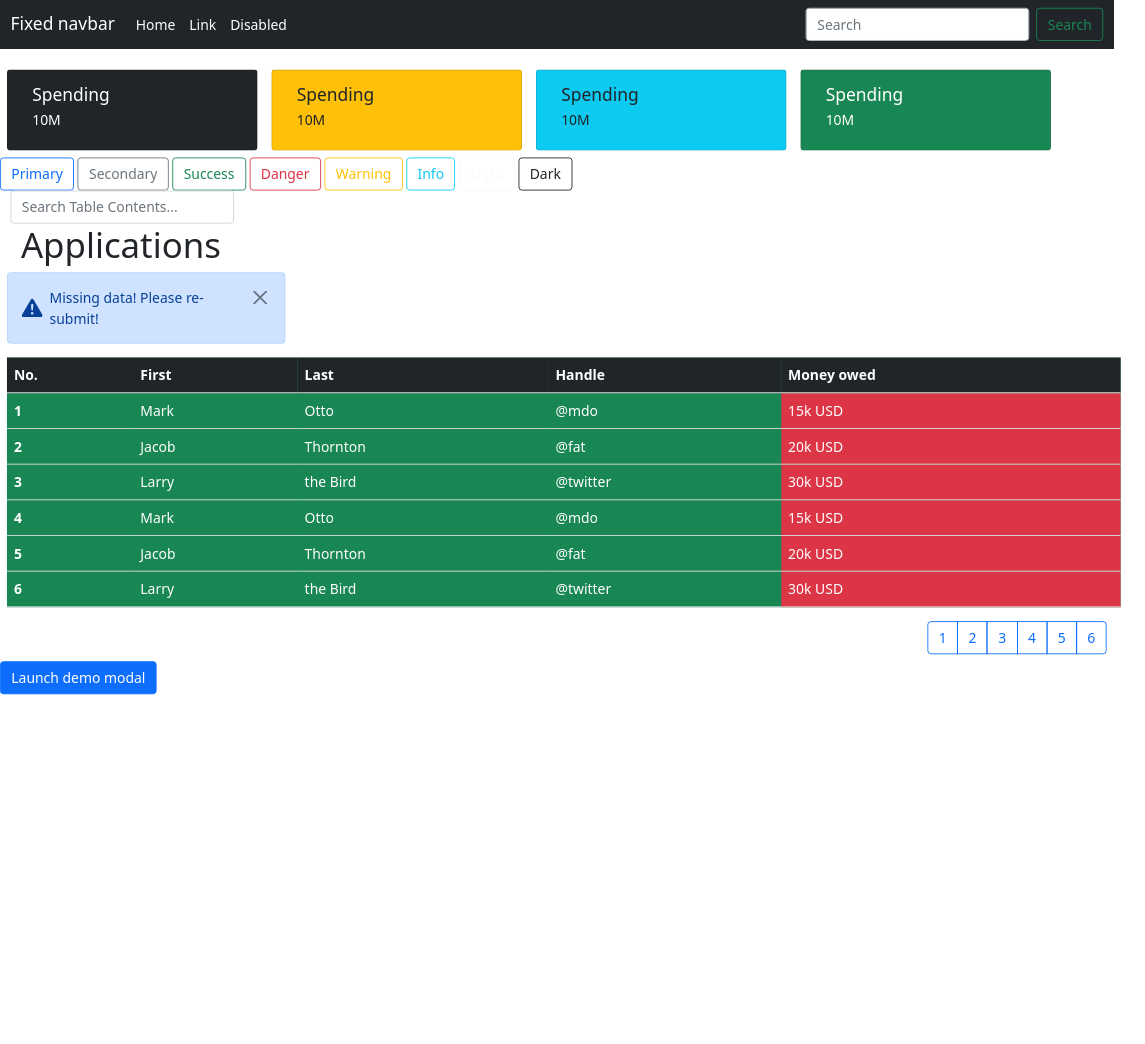
Repository: Dayvid0/BOOTSTRAP-TUTORIALS
Page: BOOTSTRAP-GRID-LAYOUTS/zylo.html
The author's editor kept a copy of each file at every save. The page is drawn from the files as they stood at one save, then again after the next save.
The browser window is 1280 px wide. The page is 1316 px wide, so the pictures cover 1316 px, including what lies to the right of the window. The pictures show the whole page, at 87% of full size.

Above is the page before, as saved 2025-02-01 09:25:29.

After the next save:
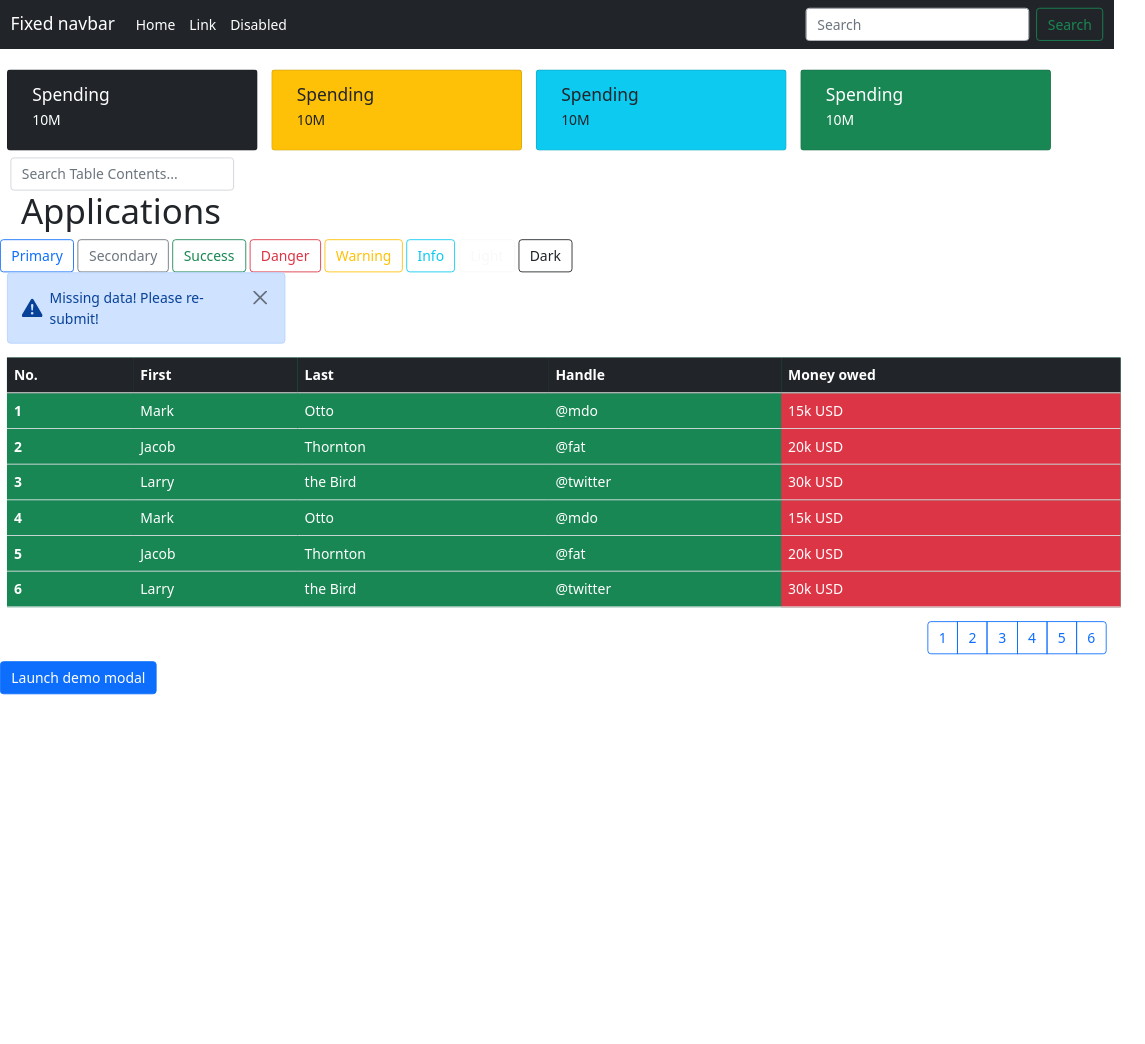
Saved 25 s later.
--- a/BOOTSTRAP-GRID-LAYOUTS/zylo.html
+++ b/BOOTSTRAP-GRID-LAYOUTS/zylo.html
@@ -68,7 +68,11 @@
         </div>
       </div>
     </nav>
-    <button type="button" class="btn btn-outline-primary">Primary</button>
+      <div class="row">
+        <input class="form-control  mx-4 w-auto " type="search" placeholder="Search Table Contents..." aria-label="Search">
+        <h1 class="mx-4">Applications</h1>
+      </div>
+      <button type="button" class="btn btn-outline-primary">Primary</button>
 <button type="button" class="btn btn-outline-secondary">Secondary</button>
 <button type="button" class="btn btn-outline-success">Success</button>
 <button type="button" class="btn btn-outline-danger">Danger</button>
@@ -76,10 +80,6 @@
 <button type="button" class="btn btn-outline-info">Info</button>
 <button type="button" class="btn btn-outline-light">Light</button>
 <button type="button" class="btn btn-outline-dark">Dark</button>
-      <div class="row">
-        <input class="form-control  mx-4 w-auto " type="search" placeholder="Search Table Contents..." aria-label="Search">
-        <h1 class="mx-4">Applications</h1>
-      </div>
       <!--Alerts-->
       <div class="alert alert-primary d-flex align-items-left  w-25 mx-2" role="alert">
         <div class="d-flex align-items-center w-">
